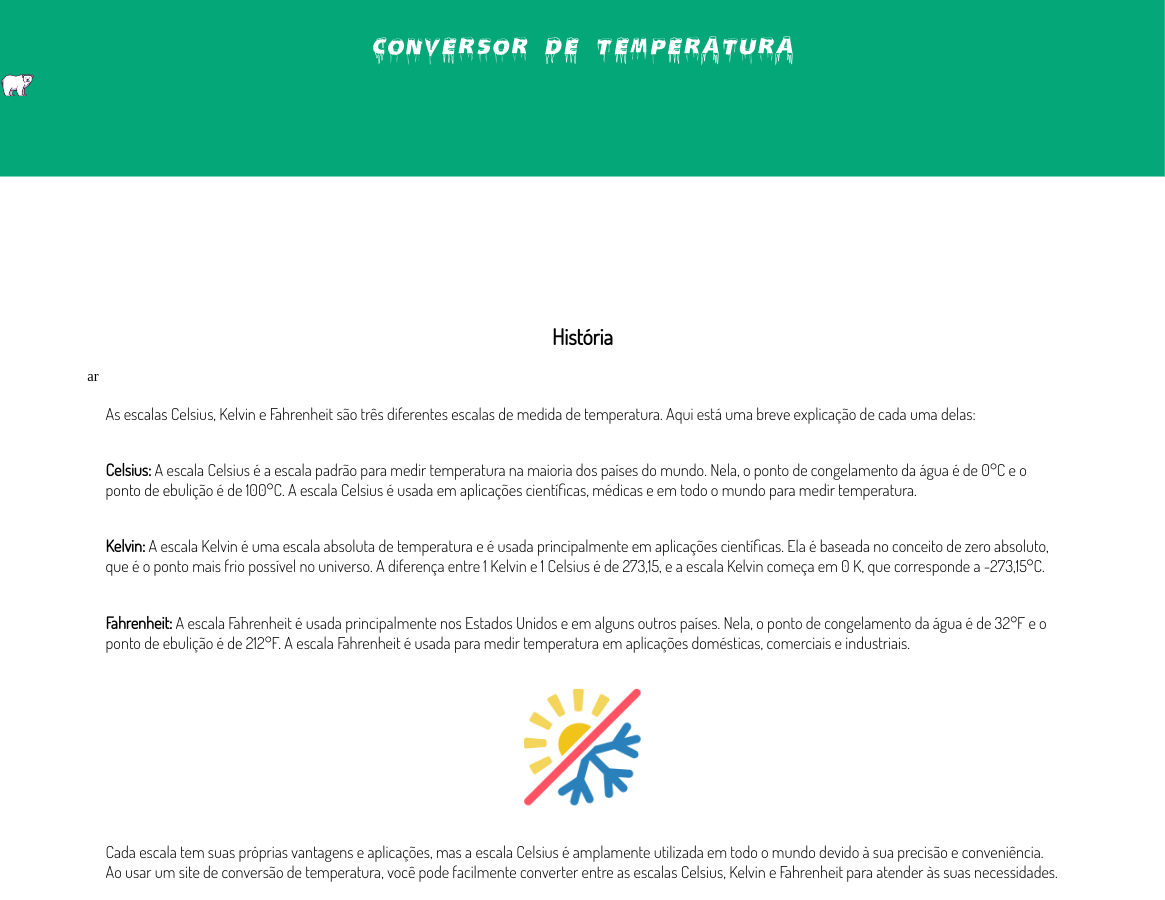
Repository: Leonngc/Conversor-de-temperatura
Page: history.html
The author's editor kept a copy of each file at every save. The page is drawn from the files as they stood at one save, then again after the next save.
The browser window is 1280 px wide. The pictures show the whole page, at 91% of full size.
Some icons come from a web library that is not loaded, so they are not drawn.

Above is the page before, as saved 2023-02-12 00:58:56.

### history.html
<!DOCTYPE html>
<html lang="pt-br">
  <head>
    <meta charset="UTF-8" />
    <meta http-equiv="X-UA-Compatible" content="IE=edge" />
    <meta name="viewport" content="width=device-width, initial-scale=1.0" />
    <link
      rel="stylesheet"
      href="https://cdn-uicons.flaticon.com/uicons-bold-straight/css/uicons-bold-straight.css"
    />
    <link
      rel="stylesheet"
      href="https://cdn-uicons.flaticon.com/uicons-brands/css/uicons-brands.css"
    />
    <link rel="stylesheet" href="history.css" />
    <script src="scripts/menu.js" defer></script>
    <title>História</title>
  </head>
  <body>
    <header>
      <h1>Conversor de Temperatura</h1>
      <img src="image/urso-polar.png" alt="" /><button id="menu-button">
        <i class="fi fi-bs-menu-burger"></i>
      </button>

      <menu>
        <ul id="links-menu">
          <li><a href="about.html">Sobre a página</a></li>
          <li><a href="history.html">História</a></li>
          <li><a href="projects.html">Outros Projetos</a></li>
        </ul>
      </menu>
    </header>
    <main>
      <h2>História</h2>

      ar

      <article>
        <p>
          As escalas Celsius, Kelvin e Fahrenheit são três diferentes escalas de
          medida de temperatura. Aqui está uma breve explicação de cada uma
          delas:
        </p>

        <p>
          <strong>Celsius:</strong> A escala Celsius é a escala padrão para
          medir temperatura na maioria dos países do mundo. Nela, o ponto de
          congelamento da água é de 0°C e o ponto de ebulição é de 100°C. A
          escala Celsius é usada em aplicações científicas, médicas e em todo o
          mundo para medir temperatura.
        </p>

        <p>
          <strong>Kelvin:</strong> A escala Kelvin é uma escala absoluta de
          temperatura e é usada principalmente em aplicações científicas. Ela é
          baseada no conceito de zero absoluto, que é o ponto mais frio possível
          no universo. A diferença entre 1 Kelvin e 1 Celsius é de 273,15, e a
          escala Kelvin começa em 0 K, que corresponde a -273,15°C.
        </p>
        <p>
          <strong>Fahrenheit:</strong> A escala Fahrenheit é usada
          principalmente nos Estados Unidos e em alguns outros países. Nela, o
          ponto de congelamento da água é de 32°F e o ponto de ebulição é de
          212°F. A escala Fahrenheit é usada para medir temperatura em
          aplicações domésticas, comerciais e industriais.
        </p>
        <div>
            <img src="image/temperaturas.png" alt="">
        </div>
        <p>
          Cada escala tem suas próprias vantagens e aplicações, mas a escala
          Celsius é amplamente utilizada em todo o mundo devido à sua precisão e
          conveniência. Ao usar um site de conversão de temperatura, você pode
          facilmente converter entre as escalas Celsius, Kelvin e Fahrenheit
          para atender às suas necessidades.
        </p>
      </article>
    </main>
  </body>
</html>

### history.css
@charset "UTF-8";
@import url('https://fonts.googleapis.com/css2?family= Dosis:wght@300 & display = swap');
@font-face {
    font-family: Title;
    src: url(fonts/IceCaps.ttf);
}

:root{
    --yellow: #F7FF58;
    --snow: #FBFBFF;
    --blackout: #040F16;
    --dosis: 'Dosis', sans-serif;
}

*{
    margin: 0;
    padding: 0;
    box-sizing: border-box;
}

header{
    background-color: #04A777;
    margin-bottom: 140px;
    max-width: 100vw;
    color: white;
    height: 27vh;
}

header > img{
    display: block;
    width: 38px;
}

header > h1{
    font-family: Title, sans-serif;
    font-weight: lighter;
    text-align: center;
    font-size: 35px;
    padding-top: 40px;
}

menu{
    background-color: #05C78D;
    padding: 10px;
    max-width: 100vw;
    display: none;
}

menu > ul{
    margin-left: 20px;
    font-size: 20px;
    font-family: var(--dosis);
    font-weight: bold;
    color: white;
}

menu > ul > li{
    padding: 5px;
}

li > a{
    text-decoration: none;
    color: #FBFBFF;
}

li > a:hover{
    color: #03583e;
    text-decoration: underline;
}

#menu-button{
    background-color: #03583e00;
    border: none;
    color: white;
    font-size: 40px;
    margin-left: 15px;
    margin-bottom: 12px;
}

main{
    margin: auto;
    width: 85vw;
}

main > h2{
    text-align: center;
    font-family: var(--dosis);
    padding: 20px;
}

article > p{
    font-family: var(--dosis);
    font-size: 18px;
    padding: 20px;
}

div > img{
    display: block;
    margin: auto;
    padding: 20px;
}

### scripts/menu.js
const menu = document.getElementById('menu-button');
const linkMenu = document.querySelector('menu')


menu.addEventListener('click', event =>{


    if(linkMenu.style.display =='none'){
        linkMenu.style.display = 'block'
    }else{
           linkMenu.style.display = 'none';
    }
})

After the next save:
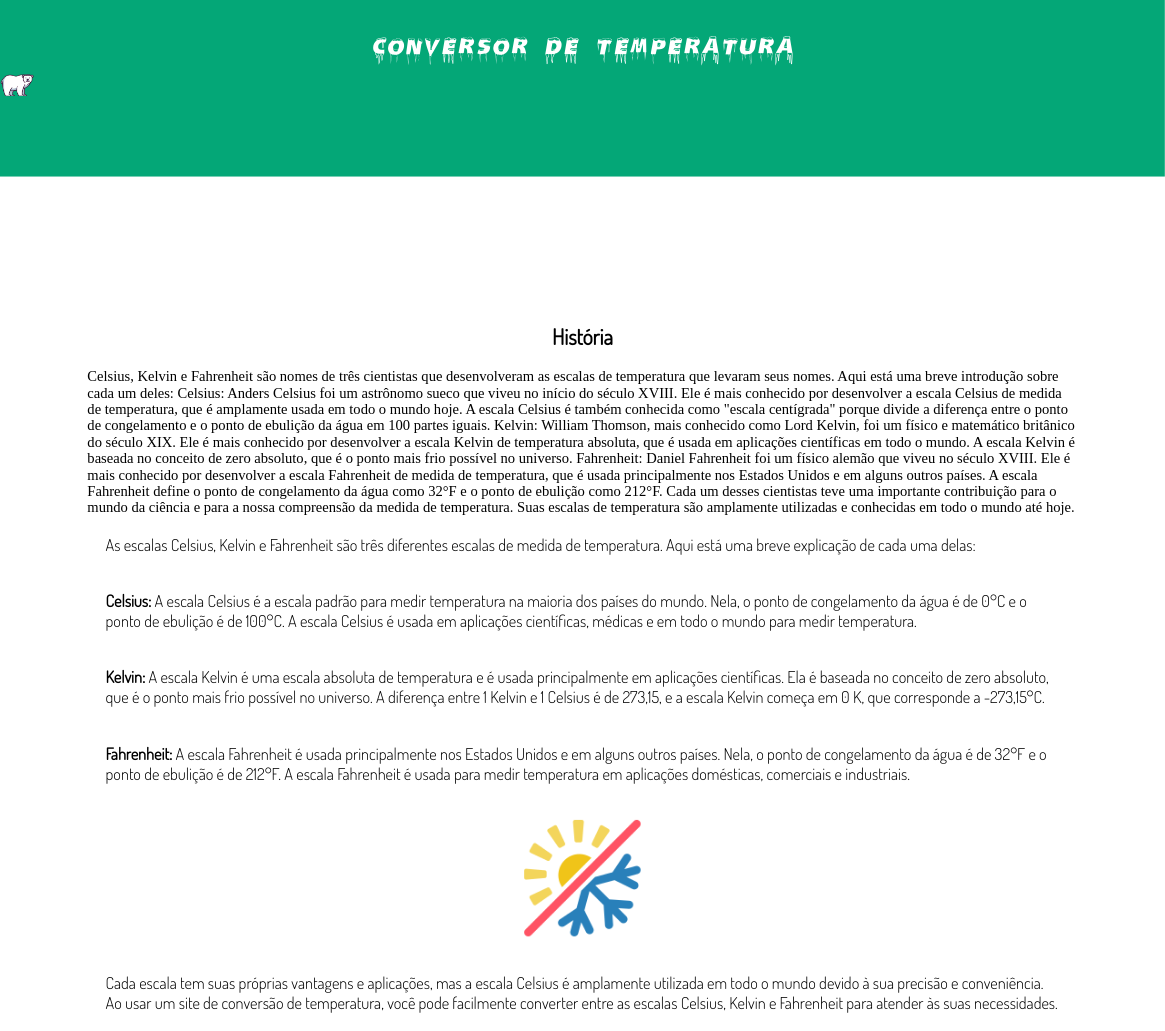
Saved 4 s later.
--- a/history.html
+++ b/history.html
@@ -34,7 +34,17 @@
     <main>
       <h2>História</h2>
 
-      ar
+      <article>
+        Celsius, Kelvin e Fahrenheit são nomes de três cientistas que desenvolveram as escalas de temperatura que levaram seus nomes. Aqui está uma breve introdução sobre cada um deles:
+
+Celsius: Anders Celsius foi um astrônomo sueco que viveu no início do século XVIII. Ele é mais conhecido por desenvolver a escala Celsius de medida de temperatura, que é amplamente usada em todo o mundo hoje. A escala Celsius é também conhecida como "escala centígrada" porque divide a diferença entre o ponto de congelamento e o ponto de ebulição da água em 100 partes iguais.
+
+Kelvin: William Thomson, mais conhecido como Lord Kelvin, foi um físico e matemático britânico do século XIX. Ele é mais conhecido por desenvolver a escala Kelvin de temperatura absoluta, que é usada em aplicações científicas em todo o mundo. A escala Kelvin é baseada no conceito de zero absoluto, que é o ponto mais frio possível no universo.
+
+Fahrenheit: Daniel Fahrenheit foi um físico alemão que viveu no século XVIII. Ele é mais conhecido por desenvolver a escala Fahrenheit de medida de temperatura, que é usada principalmente nos Estados Unidos e em alguns outros países. A escala Fahrenheit define o ponto de congelamento da água como 32°F e o ponto de ebulição como 212°F.
+
+Cada um desses cientistas teve uma importante contribuição para o mundo da ciência e para a nossa compreensão da medida de temperatura. Suas escalas de temperatura são amplamente utilizadas e conhecidas em todo o mundo até hoje.
+      </article>
 
       <article>
         <p>
